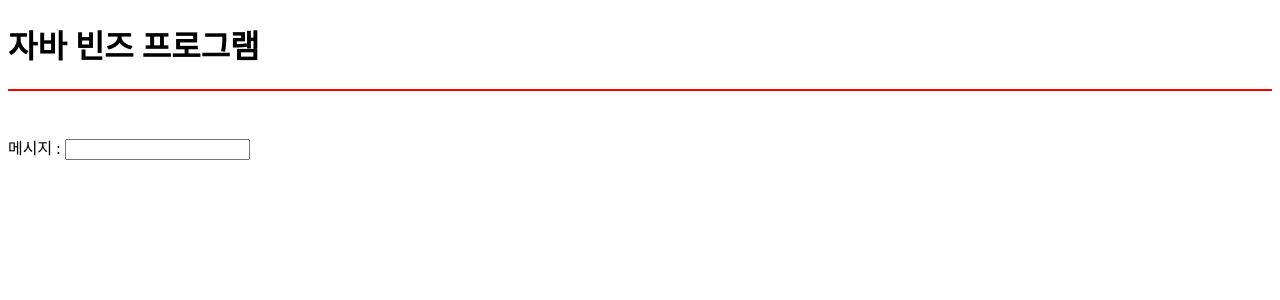
Repository: seminocoe/JSP_STUDY
Page: http://localhost/ServletProject/sample/simpleForm.jsp
The author's editor kept a copy of each file at every save. The page is drawn from the files as they stood at one save, then again after a run of saves.
The browser window is 1280 px wide. The pictures show the whole page.
The page is served by Tomcat 9. Nobody is signed in. The application's start-up code is not run. Other server files are loaded and not shown.

Above is the page before, as saved 2022-08-02 05:16:09.

### ServletProject/src/main/webapp/sample/simpleForm.jsp
<%@ page language="java" contentType="text/html; charset=UTF-8"
    pageEncoding="UTF-8"%>
<!DOCTYPE html>
<html>
<head>
<meta charset="UTF-8">
<title></title>
</head>
<body>
<h1>자바 빈즈 프로그램</h1>
<hr color="red"><br><br>
<form action="simpleBean.jsp" method="post">
메시지 : <input type="text" name="message">

</form>
</body>
</html>

After the next 2 saves:
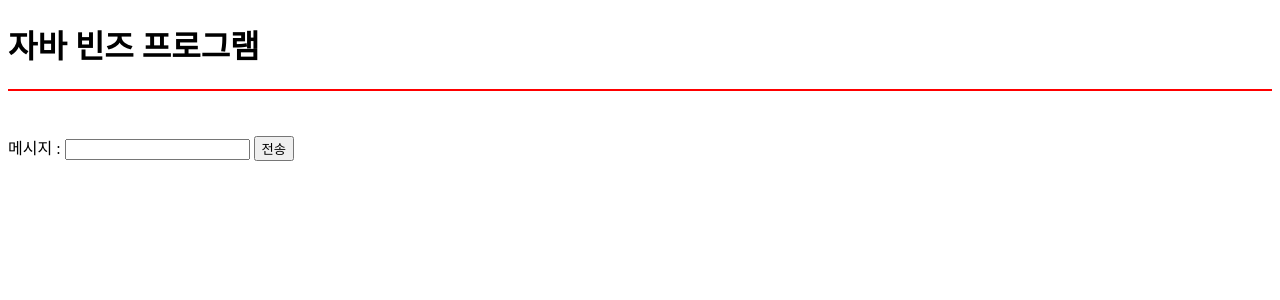
The 2 saves are shown as one change because they came seconds apart.
The last was saved 21 s later.
--- a/ServletProject/src/main/webapp/sample/simpleForm.jsp
+++ b/ServletProject/src/main/webapp/sample/simpleForm.jsp
@@ -11,7 +11,7 @@
 <hr color="red"><br><br>
 <form action="simpleBean.jsp" method="post">
 메시지 : <input type="text" name="message">
-
+<input type="submit" value="전송">
 </form>
 </body>
 </html>
